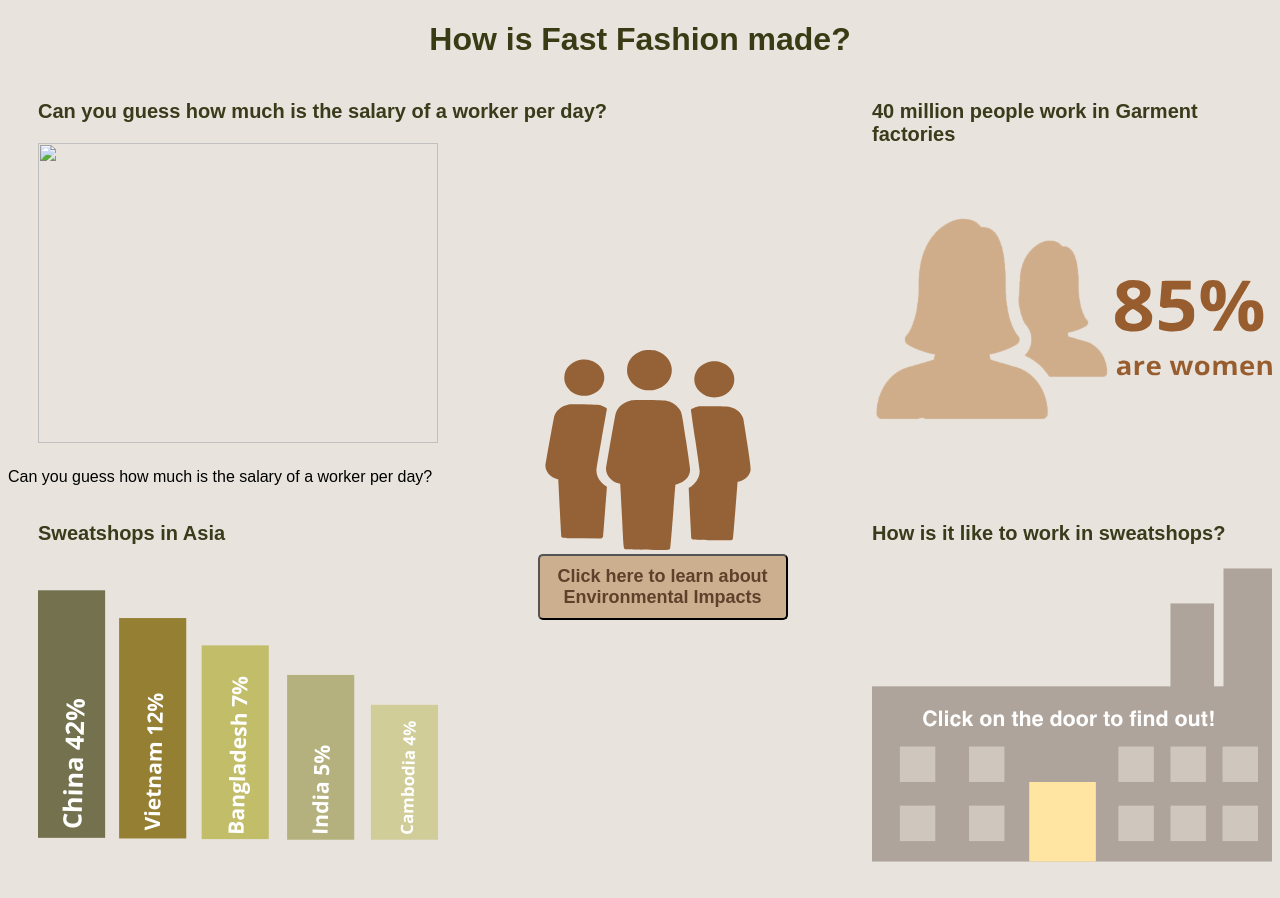
Repository: DevOfHockey/mdia-2190-midterm
Page: fashionlabor.html
These files come from the project's save history. The page is drawn as it stood at one moment and after the next save; the edit follows.
The browser window is 1280 px wide. The pictures show the whole page.

Above is the page before, as saved 2022-03-06 22:26:34.

After the next save:
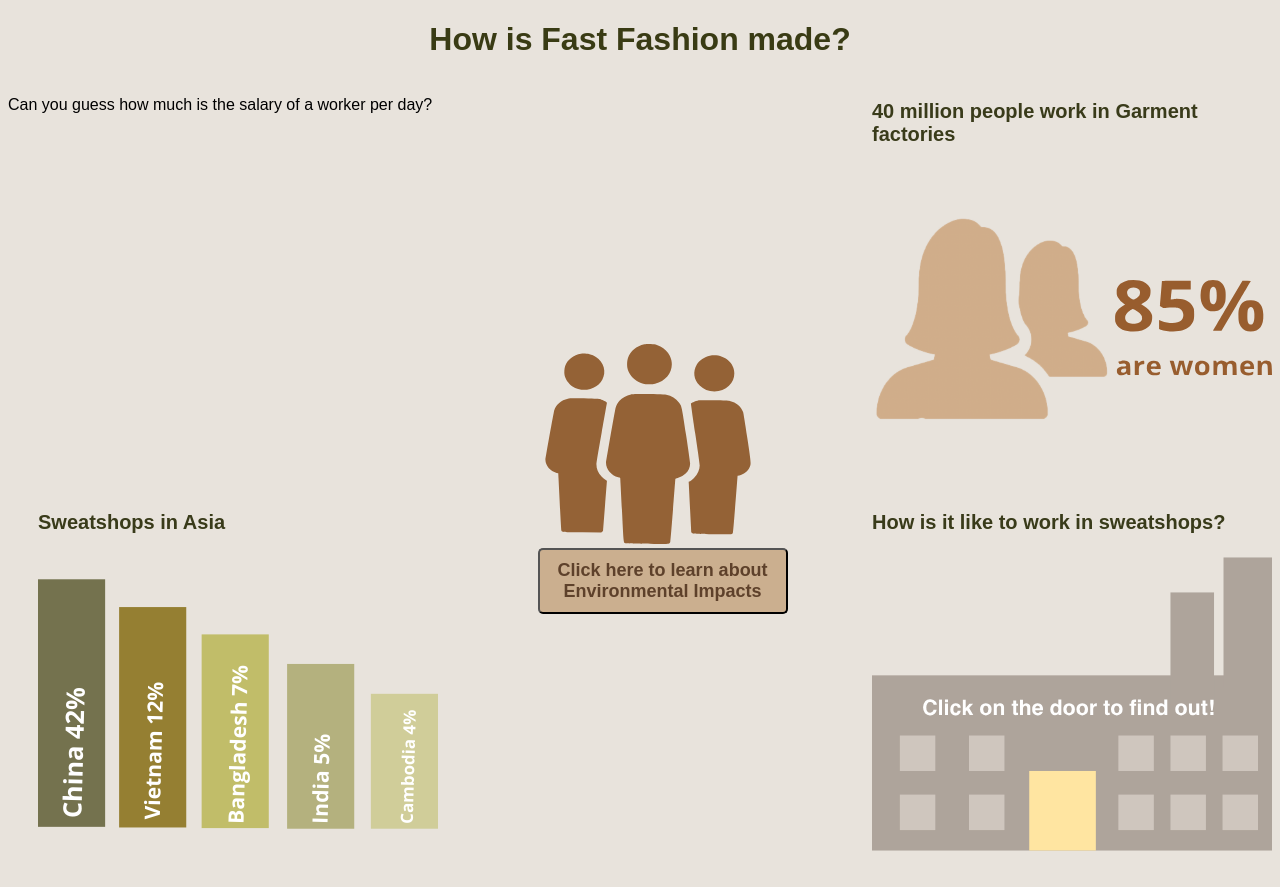
Saved 31 s later.
--- a/fashionlabor.html
+++ b/fashionlabor.html
@@ -22,10 +22,6 @@
 <!-- Images with Info-->
     <div id="info">
       <div class="salary">
-        <the-info
-          name="Can you guess how much is the salary of a worker per day?"
-          img="/imgs/2dollar.svg">
-        </the-info>
         <p>Can you guess how much is the salary of a worker per day?</p>
       </div>
 
